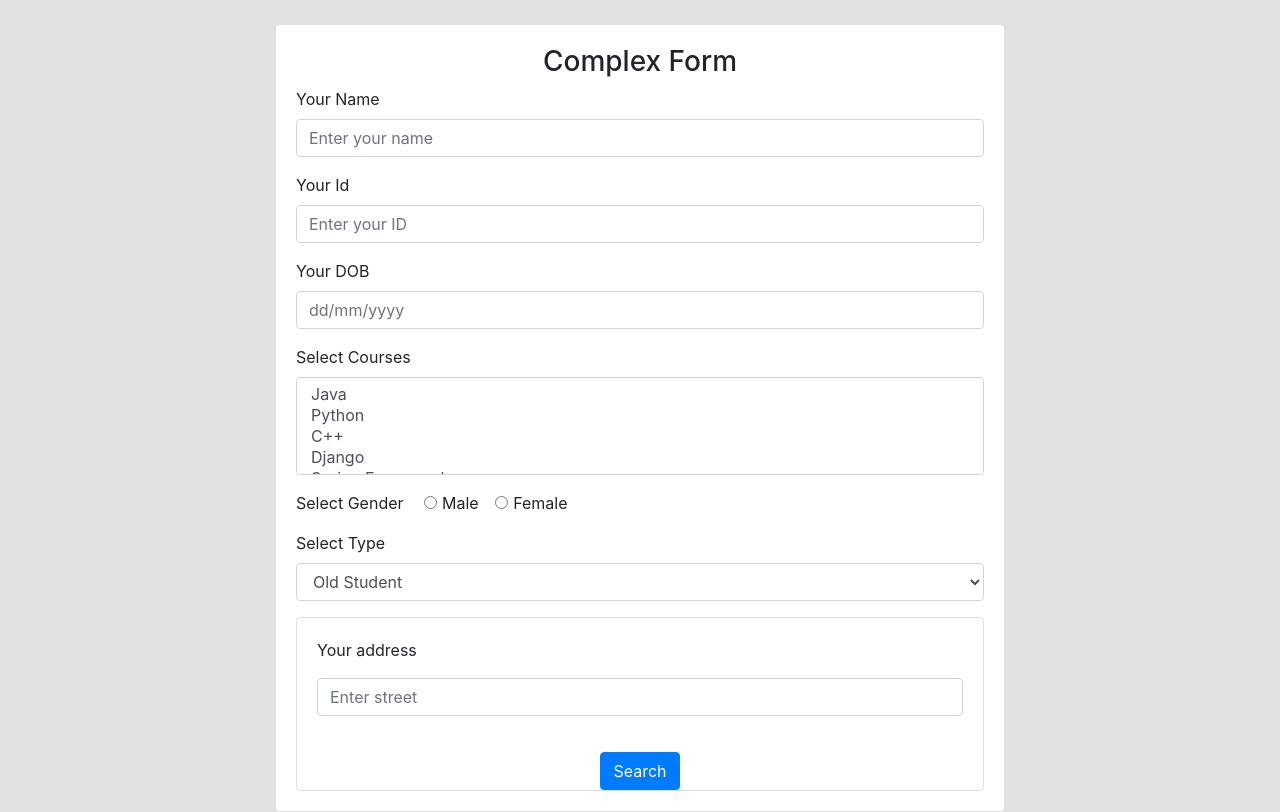
Repository: GovindParve/spring_mvc_maven_search_project
Page: http://localhost/springmvcsearch/complex
These files come from the project's save history. The page is drawn as it stood at one moment and after the next save; the edit follows.
The browser window is 1280 px wide. The pictures show the whole page.
Some web libraries are served in a nearby version. The page is served by Tomcat 9.

Above is the page before, as saved 2023-06-18 10:08:17.

After the next save:
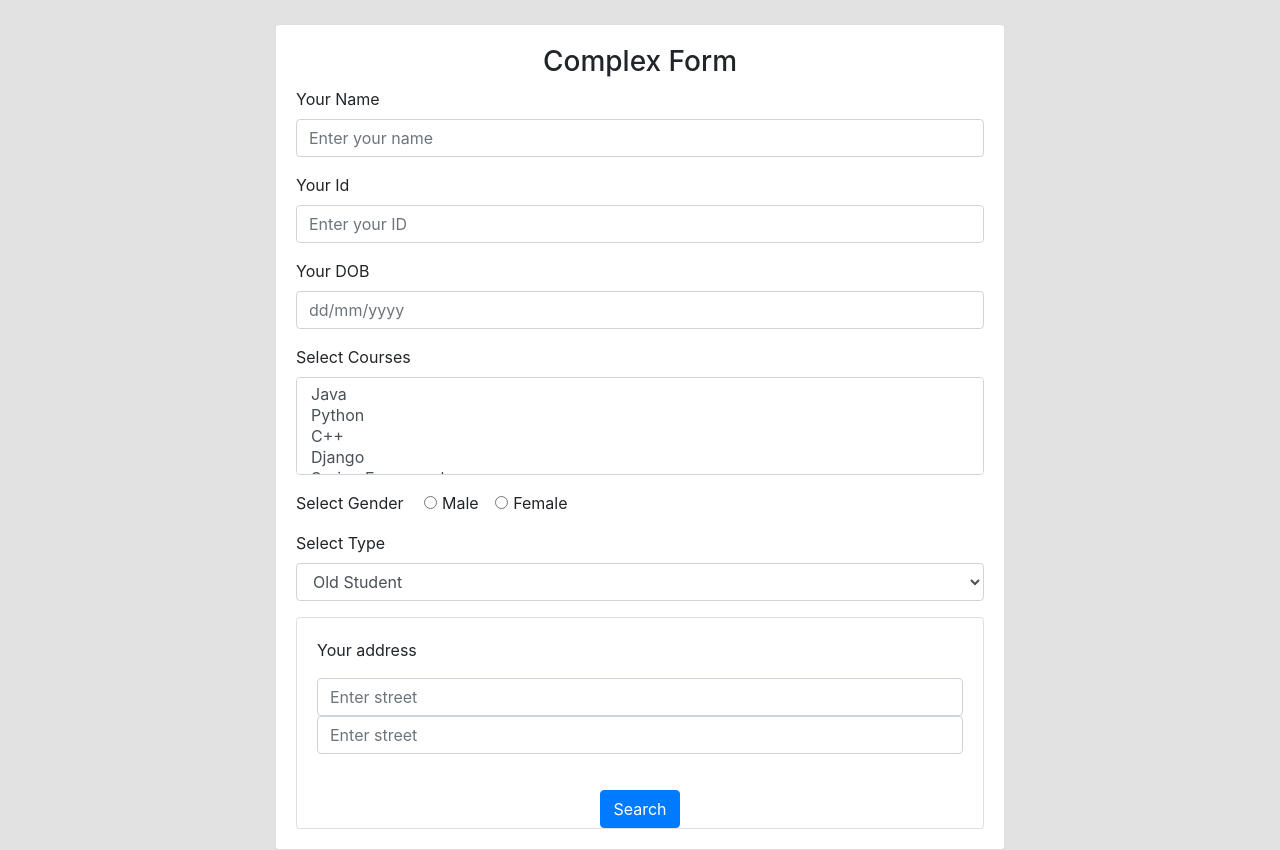
Saved 32 s later.
--- a/springmvcsearch/src/main/webapp/WEB-INF/views/complex_form.jsp
+++ b/springmvcsearch/src/main/webapp/WEB-INF/views/complex_form.jsp
@@ -66,6 +66,7 @@
     							<p>Your address</p>
     							<div class="form-group">
     								<input type="text" id="street" name="street" placeholder="Enter street" class="form-control" />
+    								<input type="text" id="street" name="street" placeholder="Enter street" class="form-control" />
     							</div>
     						</div>
     						<div class="container text-center">
